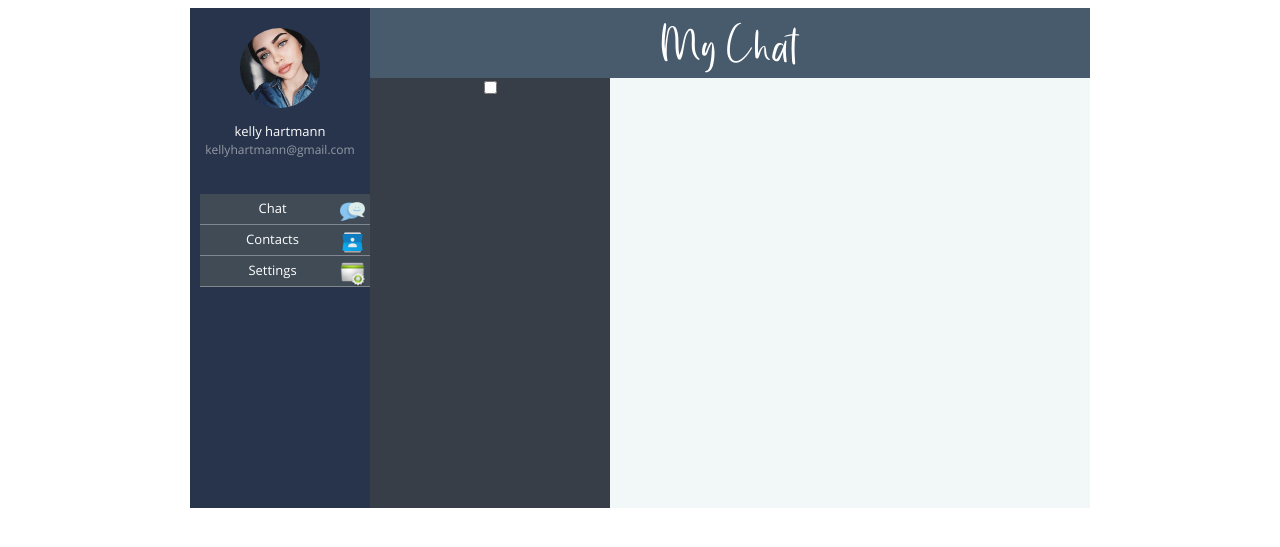
Repository: chathura226/SeekWork_Group_Project_I
Page: http://localhost/
The author's editor kept a copy of each file at every save. The page is drawn from the files as they stood at one save, then again after the next save.
The browser window is 1280 px wide. The pictures show the whole page.
The page is run by PHP 8.4 with error messages shown; the project is at /var/www/html/.

Above is the page before, as saved 2023-12-02 14:25:14.

After the next save:
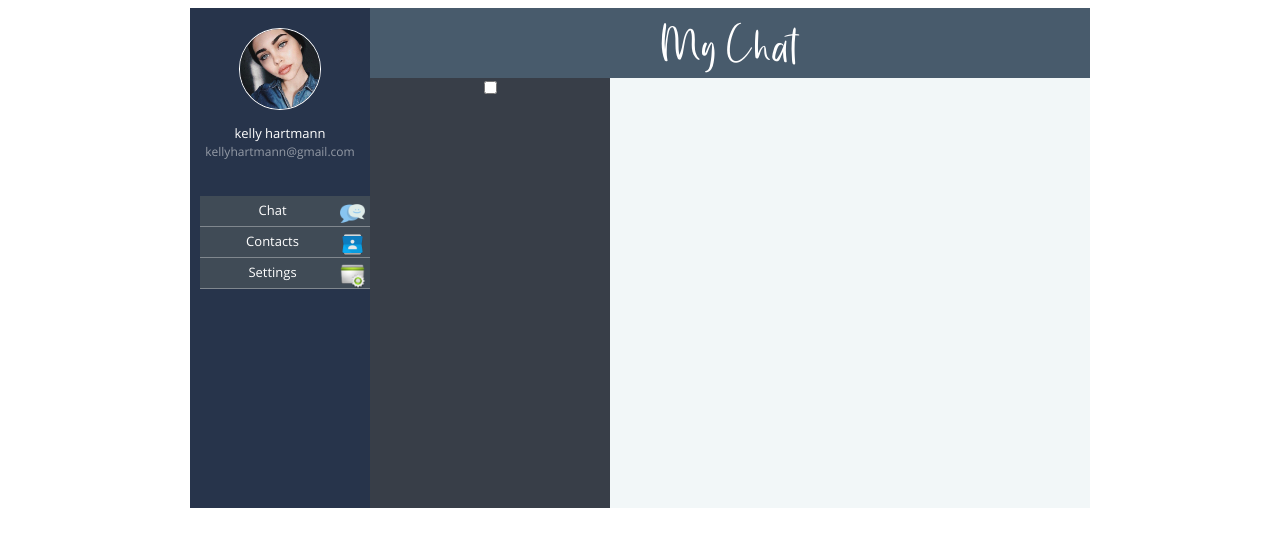
Saved 12 min 0 s later.
--- a/chat/index.php
+++ b/chat/index.php
@@ -42,7 +42,7 @@
 
         #profile_image{
             width:50%;
-            /*border:solid thin white;*/
+            border:solid thin white;
             border-radius:50%;
             margin:10px;
 
